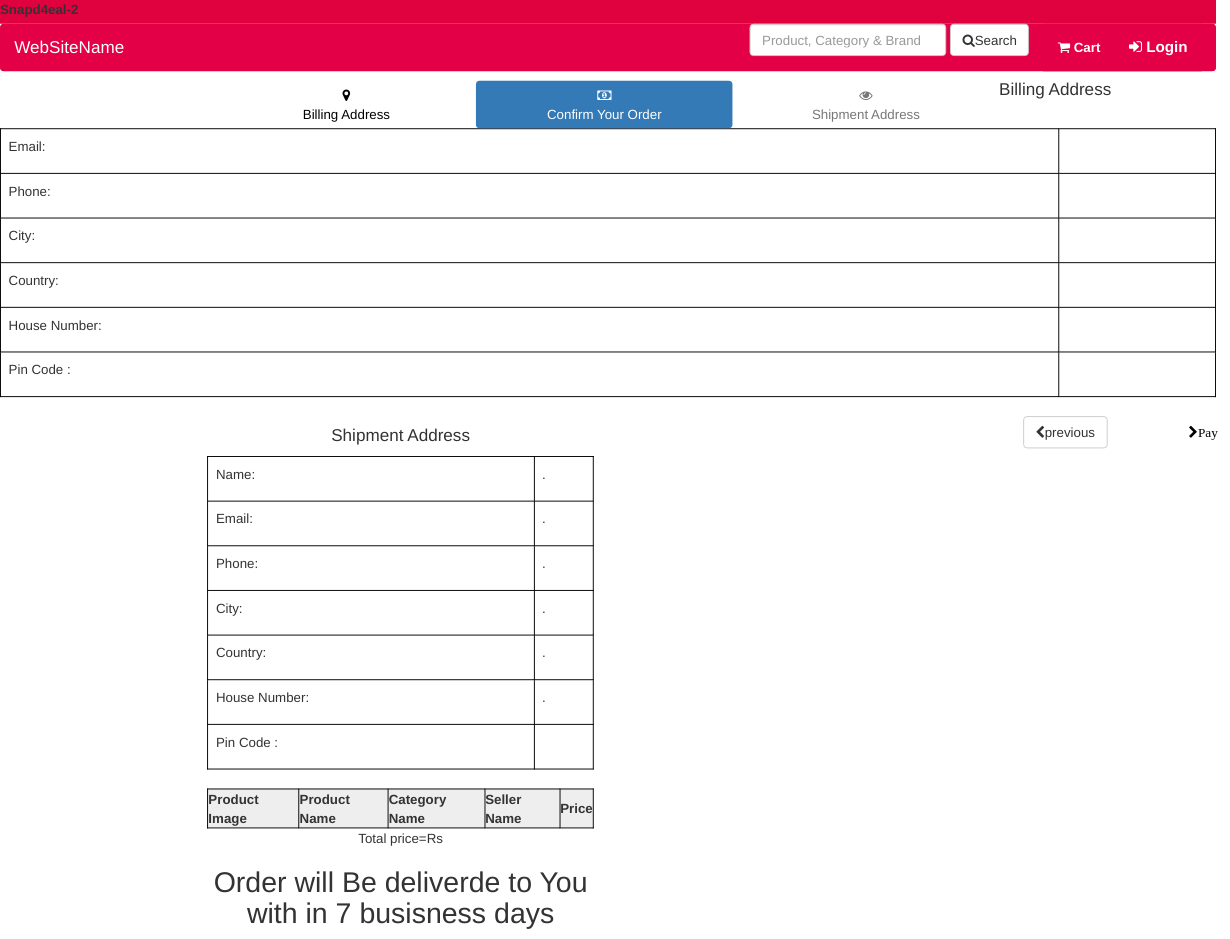
Repository: Aryans26/project
Page: http://localhost/frontend/WEB-INF/views/orderconfirm.jsp
The author's editor kept a copy of each file at every save. The page is drawn from the files as they stood at one save, then again after the next save.
The browser window is 1280 px wide. The page is 1295 px wide, so the pictures cover 1295 px, including what lies to the right of the window. The pictures show the whole page, at 95% of full size.
Some web libraries are served in a nearby version. The page is served by Tomcat 9. Nobody is signed in. The template is opened directly, without the code that normally fills it, so the values that code supplies are empty.

Above is the page before, as saved 2017-06-21 07:35:23.

After the next save:
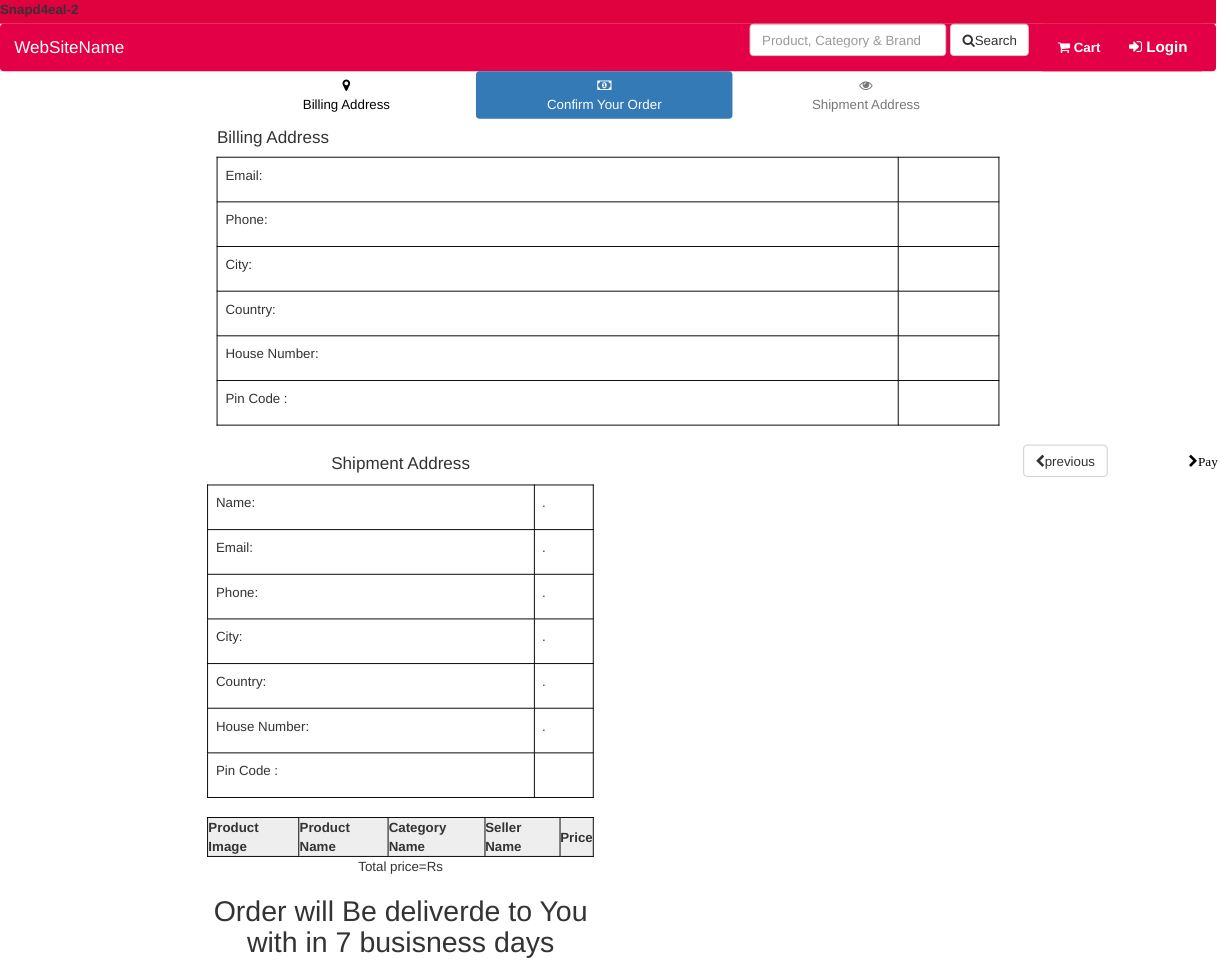
Saved 68 s later.
--- a/frontend/src/main/webapp/WEB-INF/views/orderconfirm.jsp
+++ b/frontend/src/main/webapp/WEB-INF/views/orderconfirm.jsp
@@ -28,7 +28,7 @@
                                 </ul>
 </form>
 </div>
-
+<div class="col-md-10 col-lg-8 col-lg-offset-2">
 <h4>Billing Address</h4>
  <table class="table" style="border: 1px solid black; border-collapse: collapse;">
   <tr style="border: 1px solid black; border-collapse: collapse;"><td style="border: 1px solid black; border-collapse: collapse;">   <p>Email: </p></td>
@@ -45,6 +45,7 @@
             <td style="border: 1px solid black; border-collapse: collapse;"><p>${billing.getPincode()}</p></td></tr>
 
                                                  </table>
+                                                 </div>
 </div>
 
 
